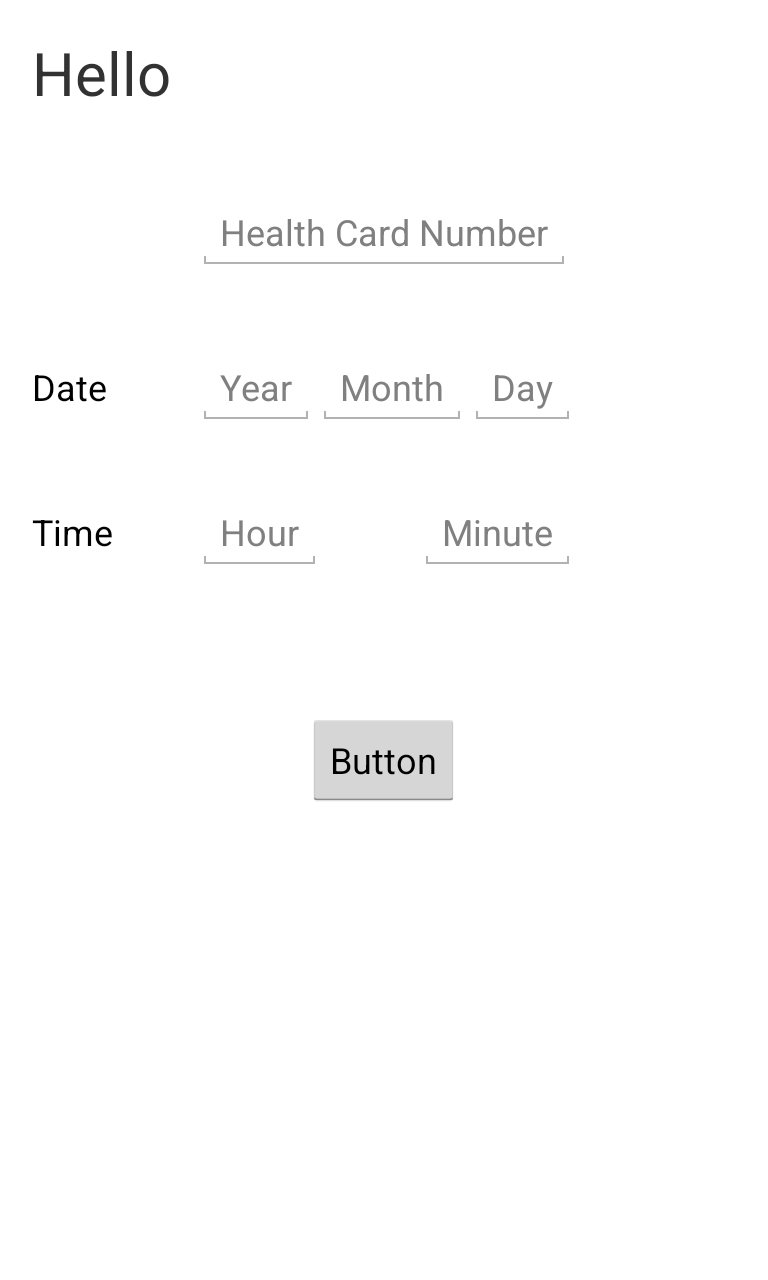
Repository: wangyuan0915/ER
Layout: workspace2/phase3/res/layout/activity_check_time.xml
These files come from the project's save history. The layout is drawn as it stood at one moment and after the next save; the edit follows.
It is drawn on a 768 x 1280 px phone screen (xhdpi) without system bars, with theme AppTheme; the app's code is not run.

Above is the layout before, as saved 2013-11-25 04:21:21.

### workspace2/phase3/res/layout/activity_check_time.xml
<RelativeLayout xmlns:android="http://schemas.android.com/apk/res/android"
    xmlns:tools="http://schemas.android.com/tools"
    android:layout_width="match_parent"
    android:layout_height="match_parent"
    android:paddingBottom="@dimen/activity_vertical_margin"
    android:paddingLeft="@dimen/activity_horizontal_margin"
    android:paddingRight="@dimen/activity_horizontal_margin"
    android:paddingTop="@dimen/activity_vertical_margin"
    tools:context=".CheckTimeActivity" >

    <TextView
        android:id="@+id/hello2"
        android:layout_width="wrap_content"
        android:layout_height="wrap_content"
        android:text="@string/Hello"
        android:textSize="30sp" />

    <EditText
        android:id="@+id/healthnum"
        android:layout_width="wrap_content"
        android:layout_height="wrap_content"
        android:layout_below="@+id/hello2"
        android:layout_centerHorizontal="true"
        android:layout_marginTop="40dp"
        android:hint="@string/Health_Card_Number"
        android:textAppearance="?android:attr/textAppearanceMedium" />

    <TextView
        android:id="@+id/date1"
        android:layout_width="wrap_content"
        android:layout_height="wrap_content"
        android:layout_alignLeft="@+id/hello2"
        android:layout_below="@+id/healthnum"
        android:layout_marginTop="45dp"
        android:text="@string/Date"
        android:textAppearance="?android:attr/textAppearanceMedium" />

    <EditText
        android:id="@+id/year1"
        android:layout_width="wrap_content"
        android:layout_height="wrap_content"
        android:layout_alignBaseline="@+id/date1"
        android:layout_alignBottom="@+id/date1"
        android:layout_alignLeft="@+id/healthnum"
        android:inputType="number"
        android:hint="@string/Year"
        android:textAppearance="?android:attr/textAppearanceMedium" />

    <EditText
        android:id="@+id/month1"
        android:layout_width="wrap_content"
        android:layout_height="wrap_content"
        android:layout_alignBaseline="@+id/year1"
        android:layout_alignBottom="@+id/year1"
        android:layout_toRightOf="@+id/year1"
        android:inputType="number"
        android:hint="@string/Month"
        android:textAppearance="?android:attr/textAppearanceMedium" />

    <EditText
        android:id="@+id/day1"
        android:layout_width="wrap_content"
        android:layout_height="wrap_content"
        android:layout_alignBaseline="@+id/month1"
        android:layout_alignBottom="@+id/month1"
        android:layout_toRightOf="@+id/month1"
        android:inputType="number"
        android:hint="@string/Day"
        android:textAppearance="?android:attr/textAppearanceMedium" />

    <TextView
        android:id="@+id/time1"
        android:layout_width="wrap_content"
        android:layout_height="wrap_content"
        android:layout_alignLeft="@+id/date1"
        android:layout_below="@+id/year1"
        android:layout_marginTop="40dp"
        android:text="@string/Time"
        android:textAppearance="?android:attr/textAppearanceMedium" />

    <EditText
        android:id="@+id/hour1"
        android:layout_width="wrap_content"
        android:layout_height="wrap_content"
        android:layout_alignBaseline="@+id/time1"
        android:layout_alignBottom="@+id/time1"
        android:layout_alignLeft="@+id/year1"
        android:hint="@string/Hour"
        android:inputType="number"
        android:textAppearance="?android:attr/textAppearanceMedium" />

    <EditText
        android:id="@+id/minute1"
        android:layout_width="wrap_content"
        android:layout_height="wrap_content"
        android:layout_alignBaseline="@+id/hour1"
        android:layout_alignBottom="@+id/hour1"
        android:layout_alignRight="@+id/day1"
        android:hint="@string/Minute"
        android:inputType="number"
        android:textAppearance="?android:attr/textAppearanceMedium" />

    <Button
        android:id="@+id/button1"
        android:layout_width="wrap_content"
        android:layout_height="wrap_content"
        android:layout_below="@+id/hour1"
        android:layout_centerHorizontal="true"
        android:layout_marginTop="70dp"
        android:text="Button" />

</RelativeLayout>

### workspace2/phase3/res/values/strings.xml
<?xml version="1.0" encoding="utf-8"?>
<resources>

    <string name="app_name">phase3</string>
    <string name="action_settings">Settings</string>
    <string name="hello_world">Hello world!</string>
    <string name="Login">Login</string>
    <string name="username">username</string>
    <string name="password">password</string>
    <string name="Nurse">Nurse</string>
    <string name="Physician">Physician</string>
    <string name="login">login</string>
    <string name="title_activity_choice">ChoiceActivity</string>
    <string name="title_activity_physician__choice">Physician_ChoiceActivity</string>
    <string name="Hello">Hello</string>
    <string name="Add_a_new_patient">Add a new patient</string>
    <string name="Add_VitalSign">Add VitalSign</string>
    <string name="title_activity_new_patient">NewPatientActivity</string>
    <string name="title_activity_add_vital_sign">AddVitalSignActivity</string>
    <string name="New_Patient">New Patient</string>
    <string name="patient_name">patient\'s name</string>
    <string name="Health_Card_Number">Health Card Number</string>
    <string name="Birthday">Birthday</string>
    <string name="Year">Year</string>
    <string name="Month">Month</string>
    <string name="Day">Day</string>
    <string name="Date">Date</string>
    <string name="Time">Time</string>
    <string name="Hour">Hour</string>
    <string name="Minute">Minute</string>
    <string name="Submit">Submit</string>
    <string name="VitalSign">VitalSign</string>
    <string name="Temperature">Temperature</string>
    <string name="Systolic">Systolic</string>
    <string name="Diastolic">Diastolic</string>
    <string name="Heartrate">Heartrate</string>
    <string name="View_Patient_Record">View Patient\'s Record</string>
    <string name="Add_Prescription">Add Prescription</string>
    <string name="title_activity_view_patient_record">ViewPatientRecord</string>
    <string name="title_activity_add_prescription">AddPrescription</string>
    <string name="Medication">Medication</string>
    <string name="Instruction">Instruction</string>
    <string name="Urgency_List">Urgency List</string>
    <string name="Record_check_in_time">Record Check-inTime</string>
    <string name="title_activity_urgency_list">UrgencyListActivity</string>
    <string name="title_activity_check_time">CheckTimeActivity</string>

</resources>

Loaded but not shown: workspace2/phase3/res/values/styles.xml (common file); workspace2/phase3/res/values-v11/styles.xml (common file); workspace2/phase3/res/values-v14/styles.xml (common file); workspace2/phase3/res/values/dimens.xml (common file)

After the next save:
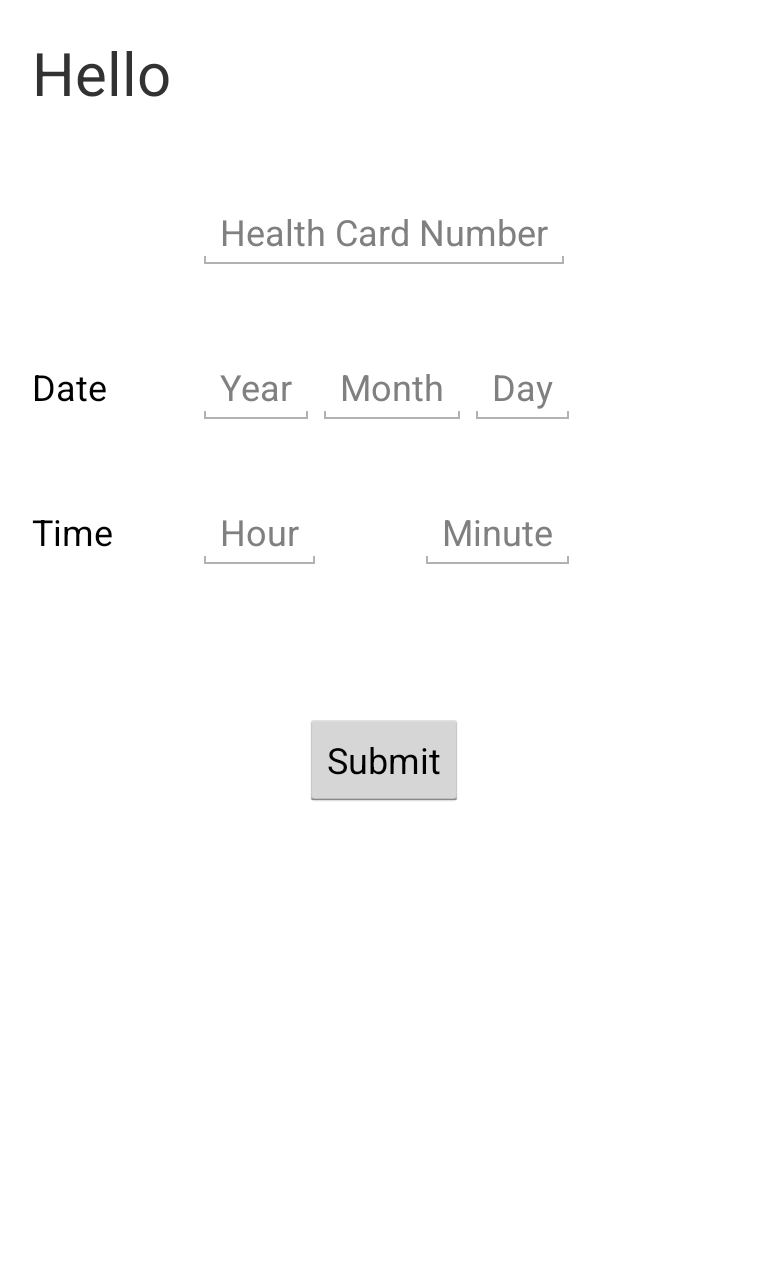
Saved 18 s later.
--- a/workspace2/phase3/res/layout/activity_check_time.xml
+++ b/workspace2/phase3/res/layout/activity_check_time.xml
@@ -101,12 +101,12 @@
         android:textAppearance="?android:attr/textAppearanceMedium" />
 
     <Button
-        android:id="@+id/button1"
+        android:id="@+id/checktime"
         android:layout_width="wrap_content"
         android:layout_height="wrap_content"
         android:layout_below="@+id/hour1"
         android:layout_centerHorizontal="true"
         android:layout_marginTop="70dp"
-        android:text="Button" />
+        android:text="Submit" />
 
 </RelativeLayout>
